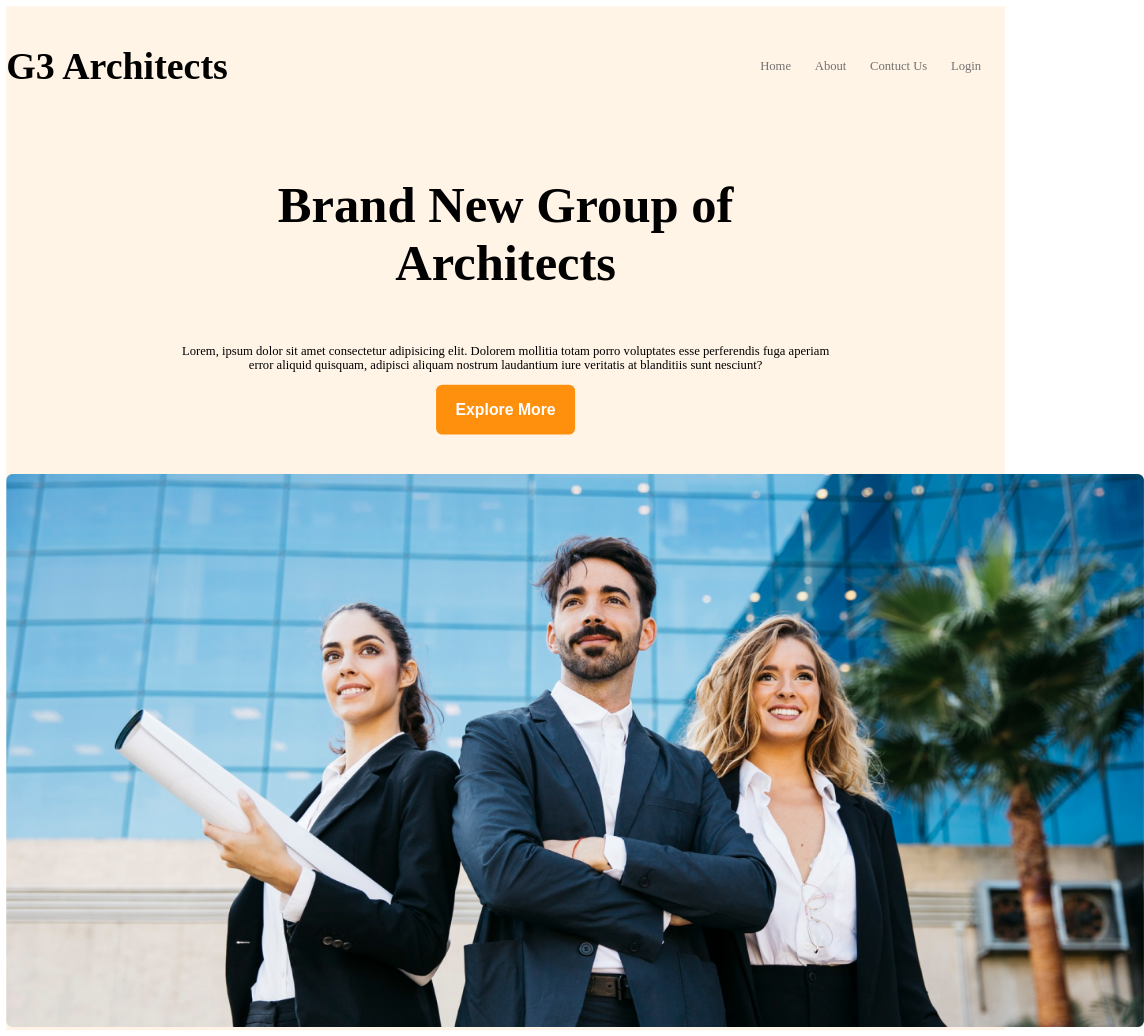
Repository: Safin421/g3-responsive-website
Page: index.html
These files come from the project's save history. The page is drawn as it stood at one moment and after the next save; the edit follows.
The browser window is 1280 px wide. The page is 1448 px wide, then 1280 px, so the pictures cover 1448 px, including what lies to the right of the window. The pictures show the whole page, at 79% of full size.

Above is the page before, as saved 2024-08-19 23:17:58.

After the next save:
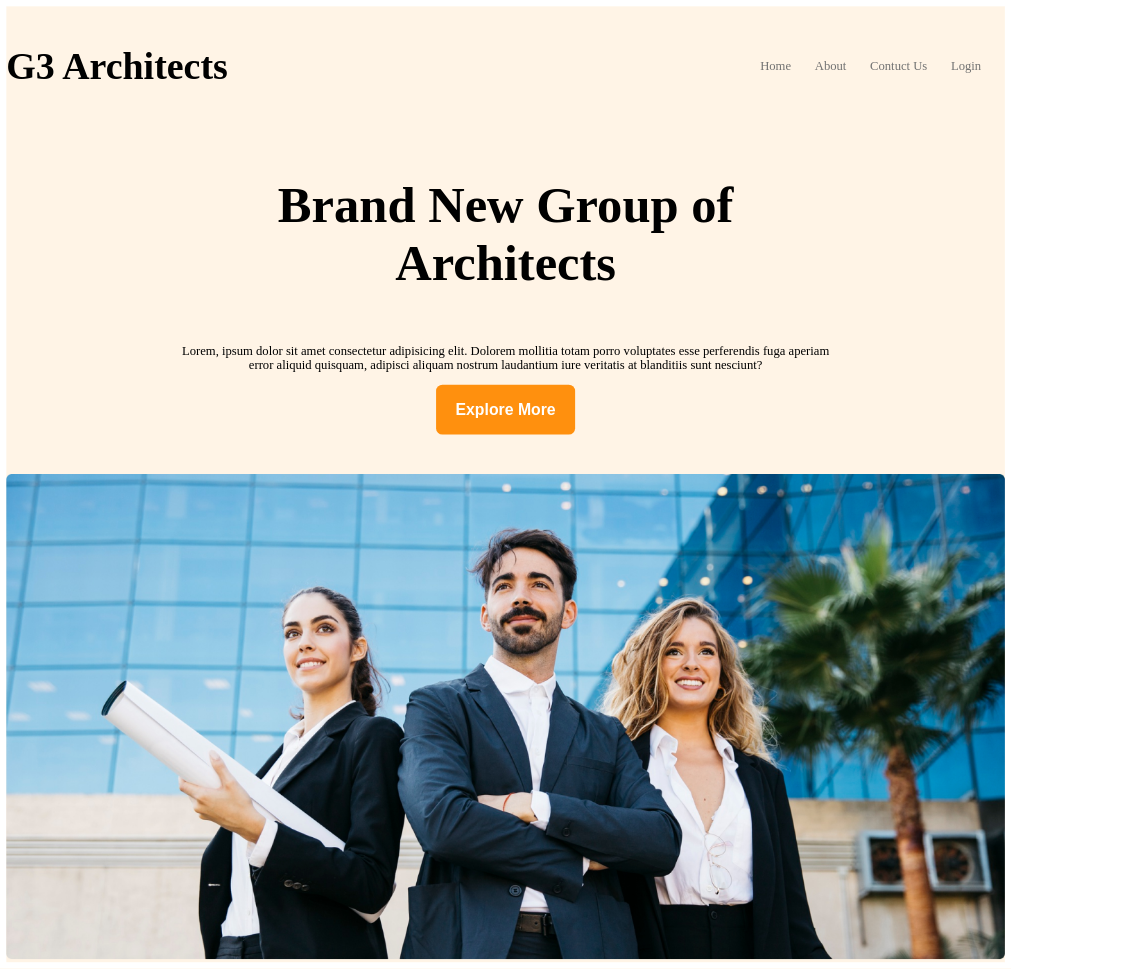
Saved 26 s later.
--- a/style/style.css
+++ b/style/style.css
@@ -66,6 +66,6 @@
     font-size: 4rem;
 
 }
-.baner-imgh{
+.baner-img{
     width: 100%;
 }
